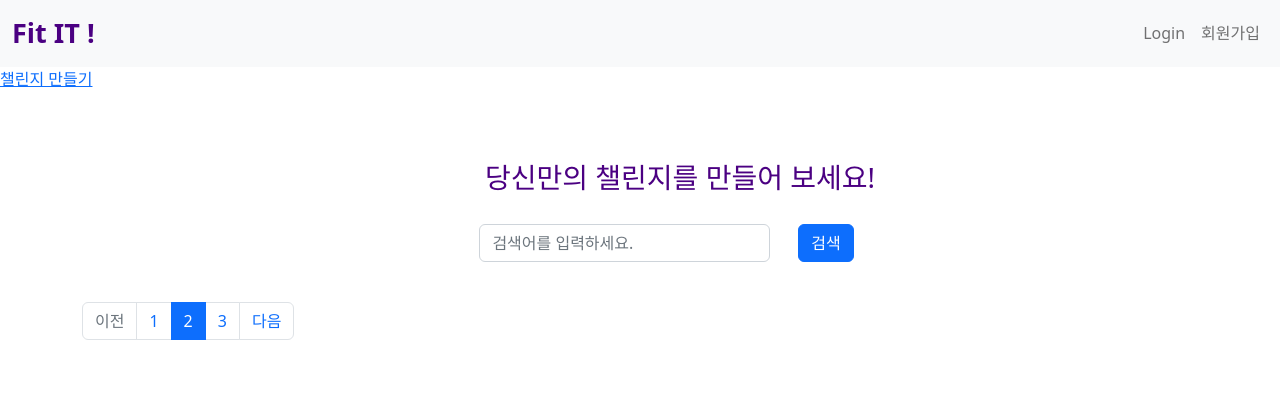
Repository: 4everGirls/Fit-IT-FRONT
Page: /makeChallenge (app in FrontEnd/fit-it/)
An editor plug-in stored every save of this project. The page is shown before and after a run of saves, followed by the edit.
The browser window is 1280 px wide. The pictures show the whole page.
The project was rebuilt for these pictures with package versions that can differ from the ones it lists, and the page was loaded fresh each time. Also part of the build but not shown: FrontEnd/fit-it/vue.config.js, FrontEnd/fit-it/src/views/HomeView.vue, FrontEnd/fit-it/src/components/user/RegistUser.vue, FrontEnd/fit-it/src/components/user/LoginUser.vue.

Above is the page before, as saved 2022-11-20 12:45:05.

### FrontEnd/fit-it/public/index.html
<!DOCTYPE html>
<html lang="">
  <head>
    <meta charset="utf-8" />
    <meta http-equiv="X-UA-Compatible" content="IE=edge" />
    <meta name="viewport" content="width=device-width,initial-scale=1.0" />
    <link rel="icon" href="<%= BASE_URL %>favicon.ico" />
    <link
      href="https://cdn.jsdelivr.net/npm/bootstrap@5.2.2/dist/css/bootstrap.min.css"
      rel="stylesheet"
      integrity="sha384-Zenh87qX5JnK2Jl0vWa8Ck2rdkQ2Bzep5IDxbcnCeuOxjzrPF/et3URy9Bv1WTRi"
      crossorigin="anonymous"
    />
    <script
      src="https://cdn.jsdelivr.net/npm/bootstrap@5.2.2/dist/js/bootstrap.bundle.min.js"
      integrity="sha384-OERcA2EqjJCMA+/3y+gxIOqMEjwtxJY7qPCqsdltbNJuaOe923+mo//f6V8Qbsw3"
      crossorigin="anonymous"
    ></script>
    <title><%= htmlWebpackPlugin.options.title %></title>
  </head>
  <body>
    <noscript>
      <strong
        >We're sorry but <%= htmlWebpackPlugin.options.title %> doesn't work
        properly without JavaScript enabled. Please enable it to
        continue.</strong
      >
    </noscript>
    <div id="app"></div>
    <!-- built files will be auto injected -->
  </body>
</html>

### FrontEnd/fit-it/src/App.vue
<template>
  <div id="app">
    <header-nav/>

    <router-link to="/makeChallenge">챌린지 만들기</router-link>
    <router-view />

  </div>
</template>

<script>
import HeaderNav from "@/components/common/HeaderNav.vue";

export default {
  name: "App",
  components: {
    HeaderNav,
  }
}
</script>

<style>
* {
  margin: 0;
  padding: 0;
  box-sizing: border-box;
  list-style: none;
}

.text-center {
  text-align: center;
}

</style>

### FrontEnd/fit-it/src/router/index.js
import Vue from "vue";
import VueRouter from "vue-router";
import HomeView from "../views/HomeView.vue";
import RegistUser from "@/components/user/RegistUser.vue";
import LoginUser from "@/components/user/LoginUser.vue";
import MakeChallenge from "@/views/MakeChallengeView.vue";

Vue.use(VueRouter);

const routes = [
  {
    path: "/",
    name: "home",
    component: HomeView,
  },
  {
    path: "/login",
    name: "login",
    component: LoginUser,
  },
  {
    path: "/regist",
    name: "regist",
    component: RegistUser,
  },
  {
    path: "/makeChallenge",
    name: "makeChallenge",
    component: MakeChallenge,
  },
];

const router = new VueRouter({
  mode: "history",
  base: process.env.BASE_URL,
  routes,
});

export default router;

### FrontEnd/fit-it/src/store/index.js
import Vue from 'vue'
import Vuex from 'vuex'
import axios from 'axios';
import router from "@/router";
import createPersistedState from "vuex-persistedstate";

Vue.use(Vuex)

const REST_API = `http://localhost:9999`;

export default new Vuex.Store({
  plugins: [createPersistedState()],
  state: {
    loginUser: null,
    videos: [],
    video: null,
  },
  getters: {
  },
  mutations: {
    LOGIN_USER(state, user) {
      state.loginUser = user;
    },
    SEARCH_VIDEO(state, videos) {
      state.videos = videos
    },
  },
  actions: {
    loginUser({ commit }, user) {
      console.log(user);
      const API_URL = `${REST_API}/userApi/login`;
      axios({
        url: API_URL,
        method: "POST",
        data: user,
      })
      .then((res) => {
        if (res.data.message === "success") {
          commit("LOGIN_USER", user);
          sessionStorage.setItem("access-token", res.data["access-token"]);
          router.push({ name: "home" });
        } else {
          alert("로그인에 실패하였습니다.");
        }
      })
      .catch((err) => {
        console.log(err);
      });
    },
    createUser({ commit }, user) {
      const API_URL = `${REST_API}/userApi/signup`;

      axios({
        url: API_URL,
        method: "POST",
        data: user,
      })
      .then((res) => {
        commit;
        res;
        alert("회원 가입이 완료 되었습니다.");
        router.push("/login");
      })
      .catch((err) => {
        console.log(err);
      });
    },
    searchVideo({commit}, keyword) {
      const YOUTUBE_KEY = process.env.VUE_APP_YOUTUBE_API_KEY;
      const API_URL = `https://www.googleapis.com/youtube/v3/search`;
      console.log(keyword);
      axios({
        url: API_URL,
        // method: "GET",
        params: {
          key: YOUTUBE_KEY,
          part: 'snippet',
          q: keyword,
          type: 'video',
          maxResults: 4,
        }
      })
        .then((res) => {
          console.log(res.data.items);
          commit("SEARCH_VIDEO", res.data.items)
        })
        .catch((err) => console.log(err));
    },
  },
  modules: {
  }
})

### FrontEnd/fit-it/src/components/common/HeaderNav.vue
<template>
    <header>
    <!-- 로그인 전 (login, )-->
    <!-- Nav Bar 오른쪽 정렬 -->
    <nav class="navbar navbar-expand-sm bg-light navbar-light">
        <div class="container-fluid">
            <router-link to="/" class="navbar-brand nav-link">Fit IT !</router-link>
            <div class="collapse navbar-collapse justify-content-end" id="collapsibleNavbar">
                <ul class="navbar-nav">
                <li class="nav-item">
                    <router-link to="/login" class="nav-link">Login</router-link>
                </li>
                <li class="nav-item">
                    <router-link to="/regist" class="nav-link">회원가입</router-link>
                </li>
                </ul>
            </div>
        </div>
    </nav>
    </header>
</template>

<script>
export default {
name: "HeaderNav",
};
</script>

<style>
.navbar-brand {
color: indigo;
font-weight: 750;
font-size: 27px;
}
</style>

### FrontEnd/fit-it/src/views/MakeChallengeView.vue
<template>
  <div class="container">
    <!--search-container-->
    <div class="row">
        <search-video></search-video>
        <search-result></search-result>
    </div>
    <!--result form-->
    <div></div>
  </div>
</template>

<script>
import SearchVideo from '@/components/challenge/MakeChallenge/SearchVideo.vue';
import SearchResult from '@/components/challenge/MakeChallenge/SearchResult.vue';

export default {
    name: "MakeChallenge",
    components: {
        SearchVideo,
        SearchResult,
    }
}
</script>

<style>

</style>

### FrontEnd/fit-it/src/components/challenge/MakeChallenge/SearchVideo.vue
<template>
  <div class="container">
    <div class="flex-container">
      <div class="flex-item">
        <h3 class="title">당신만의 챌린지를 만들어 보세요!</h3>
      </div>
      <div class="flex-item">
        <div class="row">
          <div class="col-3"></div>
          <div class="col">
            <form class="d-flex col" role="search">
              <input
                class="form-control me-1"
                type="search"
                placeholder="검색어를 입력하세요."
                aria-label="Search"
                size="70"
                v-on:keydown.enter.prevent="search"
                v-model="keyword"
              />
            </form>
          </div>
          <div class="col">
            <button class="btn btn-primary" type="submit" @click="search">
              검색
            </button>
          </div>
        </div>
      </div>
    </div>
  </div>
</template>

<script>
export default {
  name: "SearchVideo",
  data() {
    return {
      keyword: "",
    };
  },
  methods: {
    search() {
      if (this.keyword !== "") {
        let value = this.keyword && this.keyword.trim();
        this.$store.dispatch("searchVideo", value);
        this.clearInput();
      } else {
        alert("검색어를 입력하세요.");
      }
    },
    clearInput() {
      this.keyword = "";
    },
  },
};
</script>

<style scoped>
.title {
  margin: 30px;
  color: indigo;
  font-weight: 350;
}
.flex-container {
  display: flex;
  justify-content: center;
  align-items: center;
  flex-direction: column;
}
.container {
  margin: 40px;
}
</style>

### FrontEnd/fit-it/src/components/challenge/MakeChallenge/SearchResult.vue
<template>
  <div class="result-container">
    <li v-for="video in videos"
          :key="video.videoId"
          :video="video">
    <div class="list-container column">
      <div class="card" style="width: 18rem">
        <img
          class="card-img-top"
          :src="video.snippet.thumbnails.high.url"
          alt="video-img"
        />
        <div class="card-body">
          <p class="card-text">
            {{ video.snippet.title }}
          </p>
          <button>추가</button>
        </div>
      </div>
    </div>
    </li>
    <!--Pagination-->
    <footer>
      <ul class="pagination">
        <li class="page-item disabled">
          <span class="page-link">이전</span>
        </li>
        <li class="page-item"><a class="page-link" href="#">1</a></li>
        <li class="page-item active" aria-current="page">
          <span class="page-link">2</span>
        </li>
        <li class="page-item"><a class="page-link" href="#">3</a></li>
        <li class="page-item">
          <a class="page-link" href="#">다음</a>
        </li>
      </ul>
    </footer>
  </div>
</template>

<script>
import { mapState } from "vuex";
export default {
  name: "SearchResult",
  computed: {
    ...mapState(["videos", "video"]),
  },
};
</script>

<style></style>

Loaded but not shown: FrontEnd/fit-it/src/main.js (common file)

After the next 2 saves:
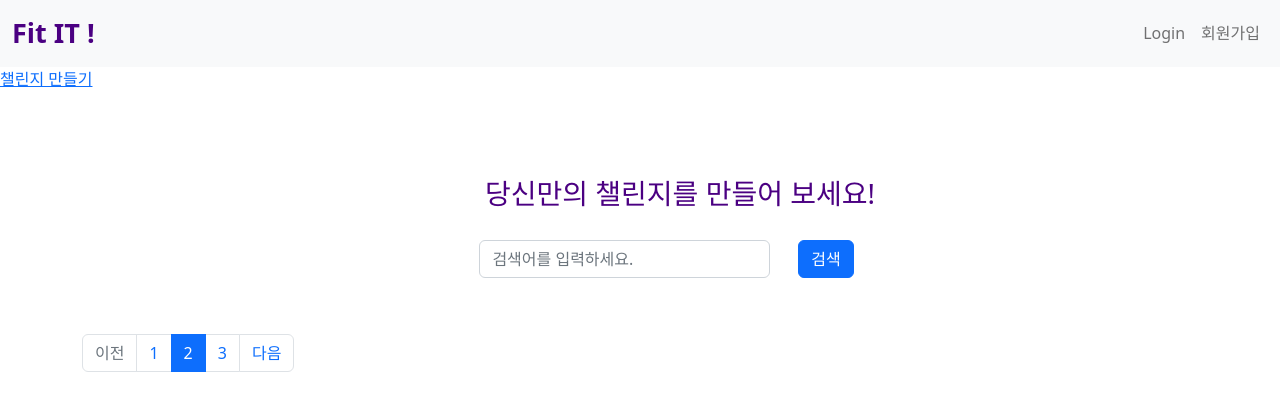
The 2 saves are shown as one change because they came seconds apart.
The last was saved 14 s later.
--- a/FrontEnd/fit-it/src/components/challenge/MakeChallenge/SearchVideo.vue
+++ b/FrontEnd/fit-it/src/components/challenge/MakeChallenge/SearchVideo.vue
@@ -1,6 +1,6 @@
 <template>
   <div class="container">
-    <div class="flex-container">
+    <div class="flex-container m-3">
       <div class="flex-item">
         <h3 class="title">당신만의 챌린지를 만들어 보세요!</h3>
       </div>
